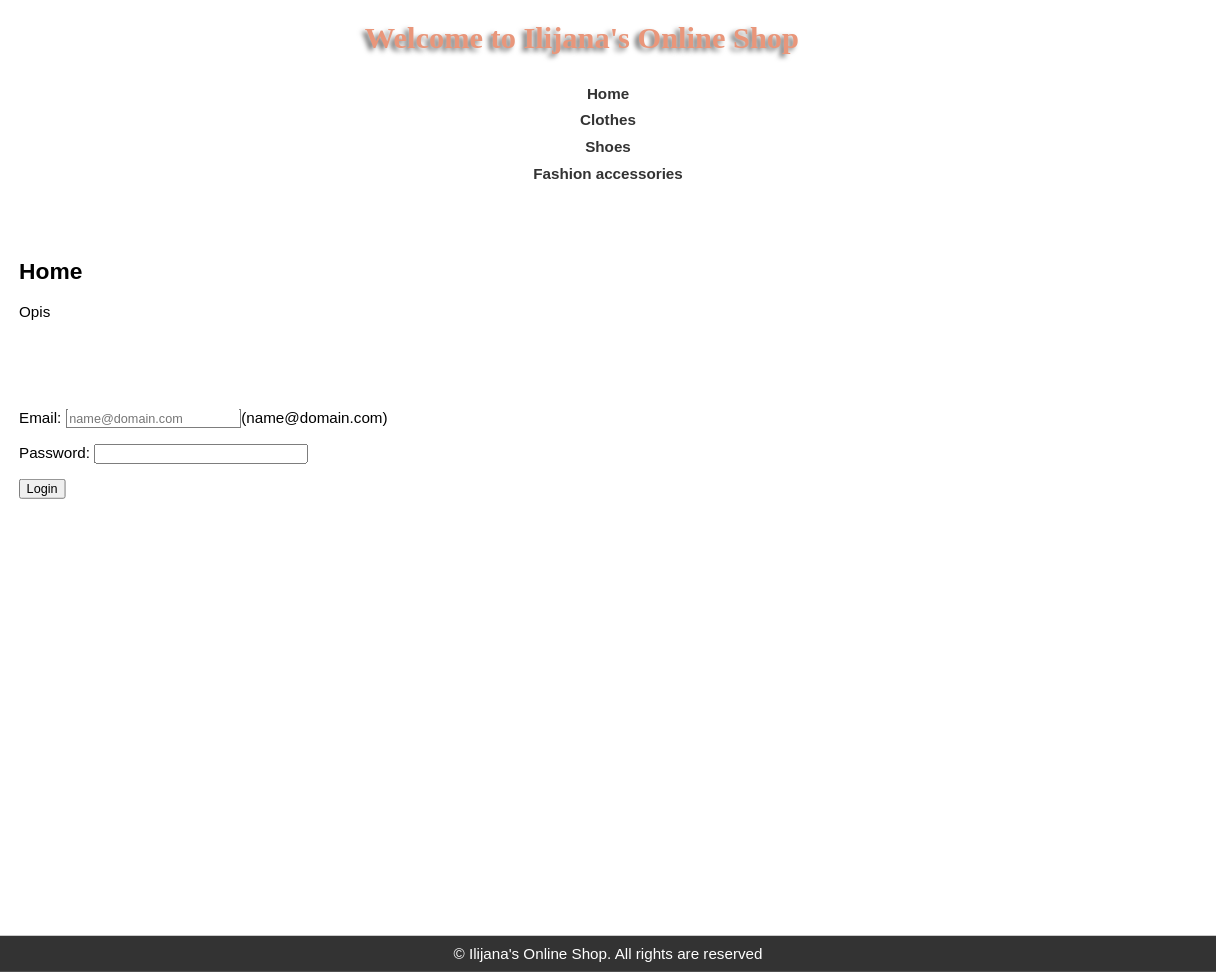
Repository: ilijana123/Proekt1
Page: html.html
An editor plug-in stored every save of this project. The page is shown before and after the next save, followed by the edit.
The browser window is 1280 px wide. The pictures show the whole page, at 95% of full size.

Above is the page before, as saved 2023-11-12 23:22:09.

After the next save:
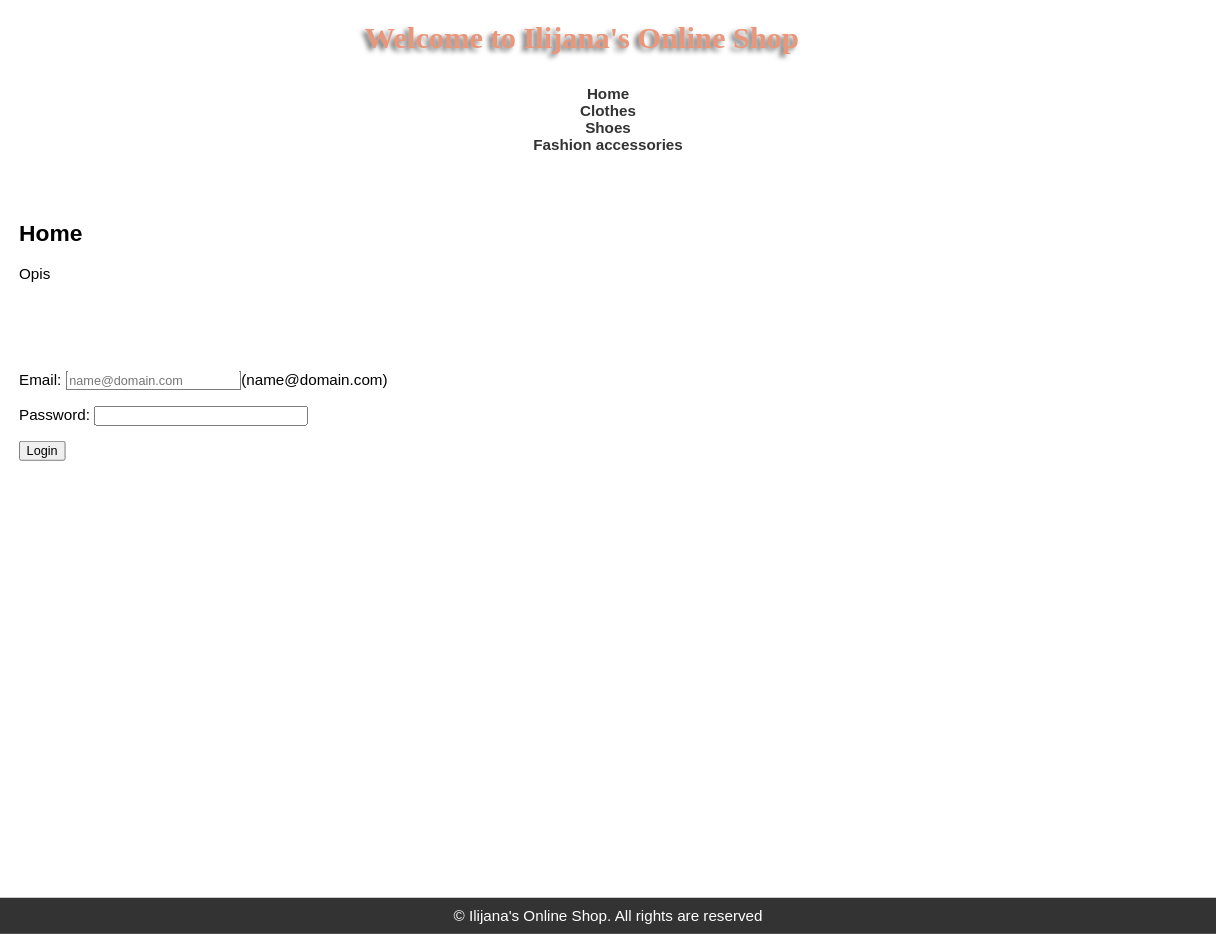
Saved 4 min 25 s later.
--- a/1.css
+++ b/1.css
@@ -27,7 +27,6 @@ h1  {
 
     nav ul li {
         display: block; /* Set the display property to block */
-        margin-bottom: 10px; /* Add some spacing between items */
     }
     section {
         padding: 20px;
